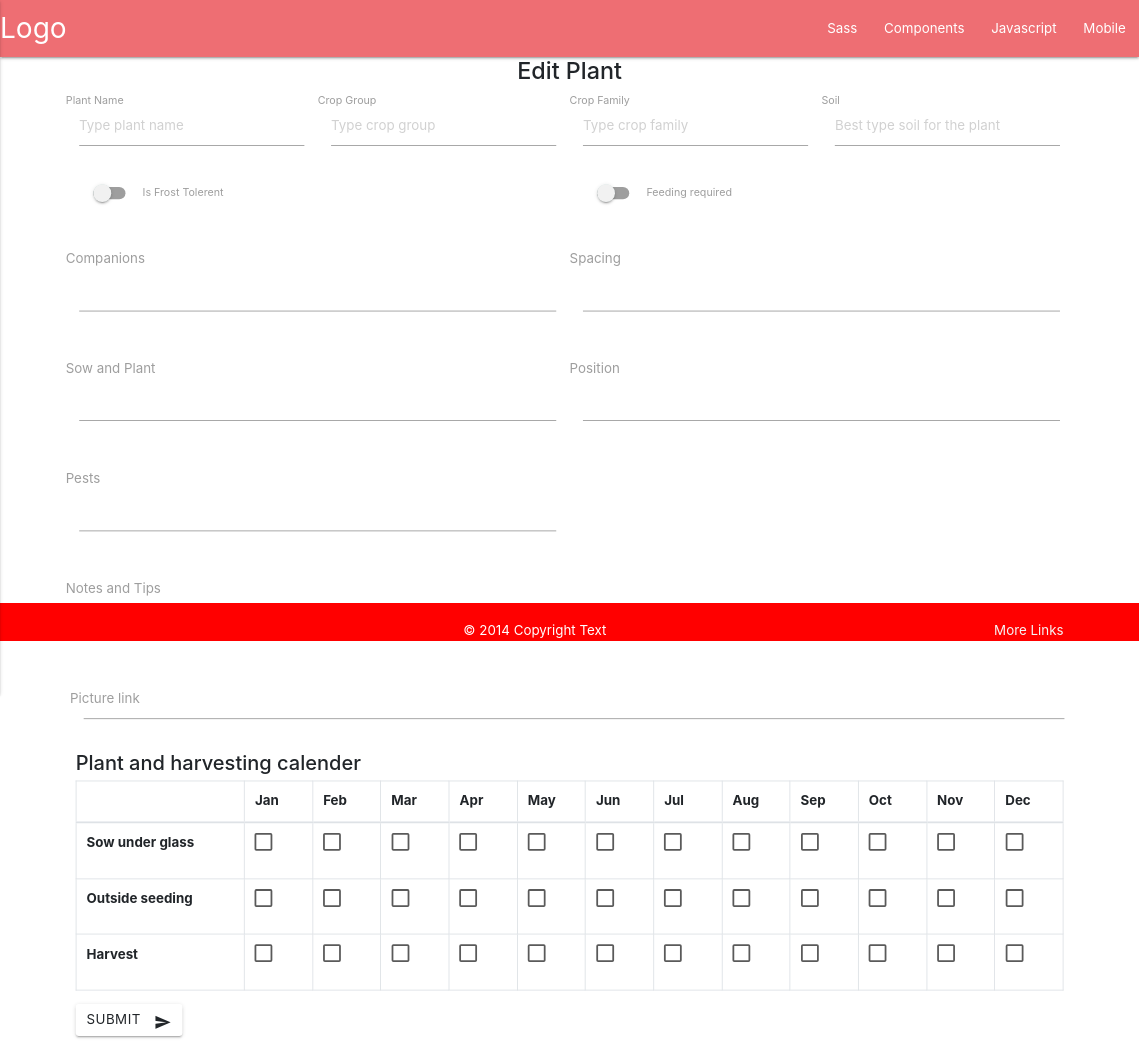
Repository: Lemoenskil/Milestone_project_3_Garden_planner
Page: templates/update_plant.html
The author's editor kept a record of every edit. The page is drawn from the files as they stood at one moment, then again after the next edit.
The browser window is 1280 px wide. The pictures show the whole page, at 89% of full size.
Some web libraries are served in a nearby version. The page is served by the project's application, run on Flask 3 (app.py). The template is opened directly, without the code that normally fills it, so the values that code supplies are empty.

Above is the page before.
Console error: TypeError: $(...).floatingActionButton is not a function

After the next edit:
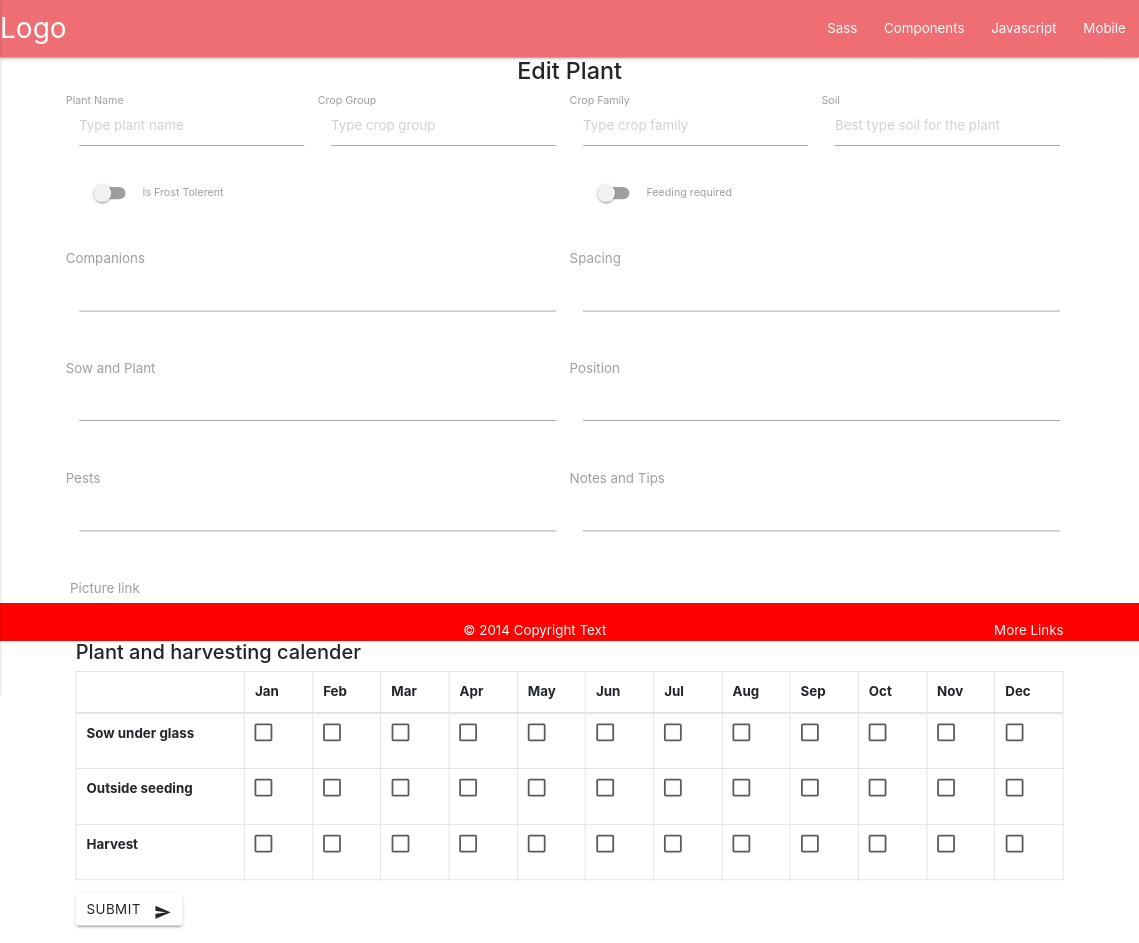
The edit:
--- a/templates/update_plant.html
+++ b/templates/update_plant.html
@@ -67,7 +67,7 @@
           <textarea id="Pests" name="Pests" class="materialize-textarea">{{plant.Pests }}</textarea>
           <label for="Pests">Pests</label>
         </div>
-        <div class="input-field col-sm-12 col-md-12">
+        <div class="input-field col-sm-12 col-md-6">
           <textarea id="Note" name="Note" class="materialize-textarea">{{plant.Note }}</textarea>
           <label for="Note">Notes and Tips</label>
         </div>
